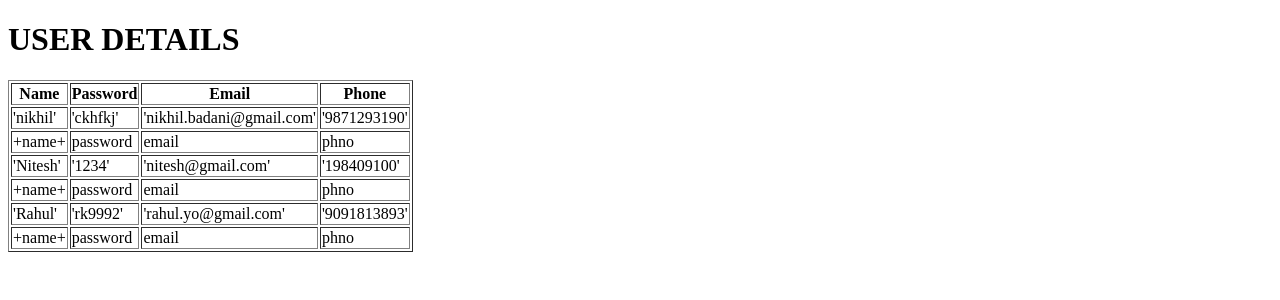
Repository: nikhilbad7/jsp-practicals
Page: http://localhost/classwork/Exp10.jsp
The author's editor kept a copy of each file at every save. The page is drawn from the files as they stood at one save, then again after the next save.
The browser window is 1280 px wide. The pictures show the whole page.
The page is served by Tomcat 9. The database holds what the project's SQL file puts in it.

Above is the page before, as saved 2018-04-09 20:17:22.

After the next save:
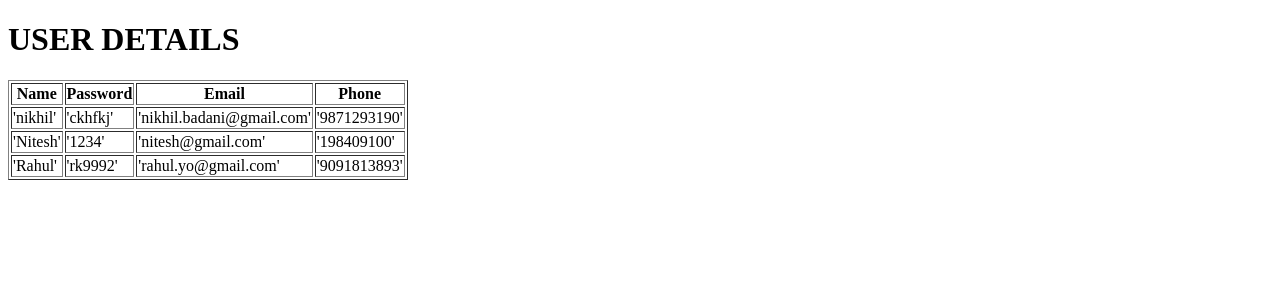
Saved 45 s later.
--- a/classwork/WebContent/Exp10.jsp
+++ b/classwork/WebContent/Exp10.jsp
@@ -41,13 +41,7 @@ while(rs.next()){
 	String email = rs.getString("email");
 	String phno = rs.getString("phone");
 	out.print("<tr><td>'"+name+"'</td><td>'"+password+"'</td><td>'"+email+"'</td><td>'"+phno+"'</td></tr>");
-	%>
-	<tr>
-		<td>+name+</td>
-		<td>password</td>
-		<td>email</td>
-		<td>phno</td></tr>
-		<%
+
 }
 %>
 </table>
